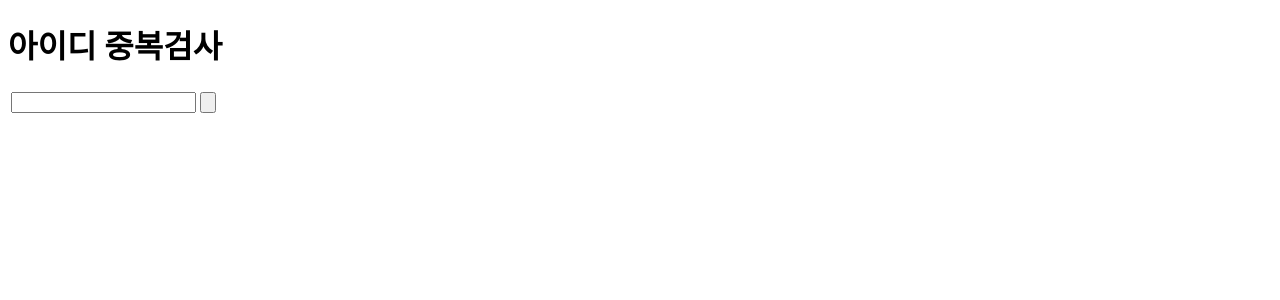
Repository: JungYOsup/Mini_project
Page: http://localhost/EsCape_Room/checked.jsp
An editor plug-in stored every save of this project. The page is shown before and after a run of saves, followed by the edit.
The browser window is 1280 px wide. The pictures show the whole page.
The page is served by Tomcat 9.

Above is the page before, as saved 2018-01-16 04:14:28.

After the next 2 saves:
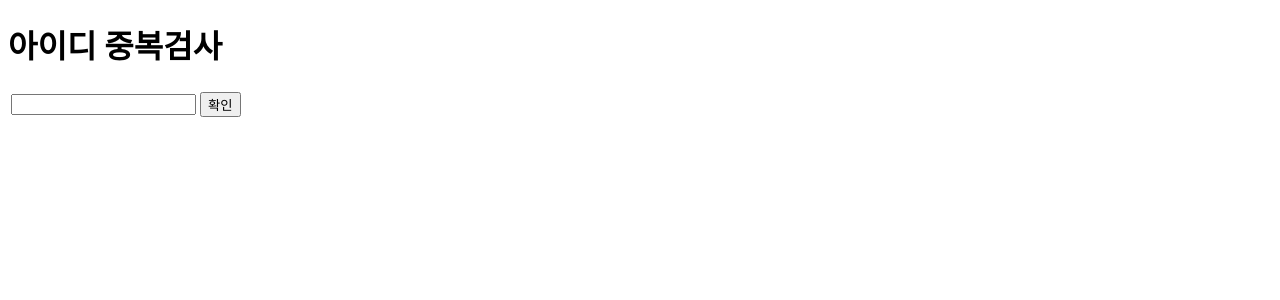
The 2 saves are shown as one change because they came seconds apart.
The last was saved 19 s later.
--- a/EsCape_Room/WebContent/checked.jsp
+++ b/EsCape_Room/WebContent/checked.jsp
@@ -29,7 +29,7 @@
 
 	<tr>
 		<td><input type="text" id="idchk"></td>
-		<td><input type="button"> </td>
+		<td><input type="submit" value="확인"> </td>
 
 	</tr>
 
